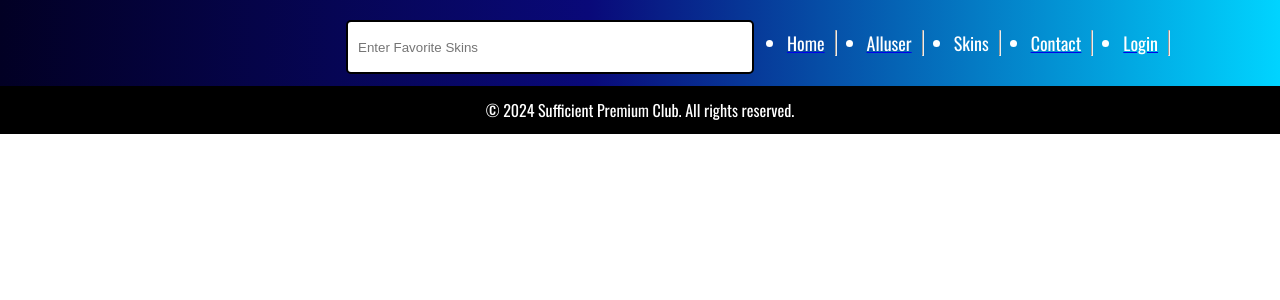
Repository: TechMukul/new
Page: /About
The author's editor kept a copy of each file at every save. The page is drawn from the files as they stood at one save, then again after the next save.
The browser window is 1280 px wide. The pictures show the whole page.
Some web fonts or font styles are not loaded; a fallback is used. The project was rebuilt for these pictures with package versions that can differ from the ones it lists, and the page was loaded fresh each time. The framework's server and built-in components were replaced by stand-ins that run in the browser. Also part of the build but not shown: next.config.mjs.

Above is the page before, as saved 2024-08-09 14:59:33.

### pages/_app.tsx
// pages/_app.tsx
import { AppProps } from 'next/app';
import Head from 'next/head'; // Import Head from next/head
import '../styles/globals.css';
import Navbar from '@/Components/Navbar';
import Footer from '@/Components/Footer';

function MyApp({ Component, pageProps }: AppProps) {
  return (
    <>
      <Head>
        <link rel="preconnect" href="https://fonts.googleapis.com" />
        <link rel="preconnect" href="https://fonts.gstatic.com"  />
        <link
          href="https://fonts.googleapis.com/css2?family=Aclonica&family=Oswald:wght@200..700&display=swap"
          rel="stylesheet"
        />
      </Head>
      <Navbar />
      <Component {...pageProps} />
      <Footer />
    </>
  );
}

export default MyApp;

### styles/globals.css
*{
  margin: 0%;
  padding: 0%;
}

body {
  font-family: 'Oswald', sans-serif; /* Apply Oswald font to the whole document */
}

h1 {
  font-family: 'Aclonica', sans-serif; /* Apply Aclonica font to all h1 elements */
}

### Components/Navbar/index.tsx
import React, { useEffect, useState } from 'react';
import style from './index.module.scss';
import Link from 'next/link';
import axios from 'axios';
import { useRouter } from 'next/router';

const Navbar = () => {
  const [isMenuOpen, setIsMenuOpen] = useState(false);
  const [coins, setCoins] = useState<number>(0);  // Fixed variable name for clarity
  const [isAuthenticated, setIsAuthenticated] = useState<boolean>(false);
  const [userRole, setUserRole] = useState<string | null>(null);
  const router = useRouter();

  const toggleMenu = () => {
    setIsMenuOpen(prevState => !prevState);
  };

  useEffect(() => {
    const token = localStorage.getItem("accessToken");
    const role = localStorage.getItem("role");
    setIsAuthenticated(!!token);
    setUserRole(role);

    const fetchCoins = async () => {
      if (token) {
        try {
          const userId = localStorage.getItem("userId");
          if (userId) {
            const response = await axios.get(
              `https://www.referback.trollsufficient.com/admin/coins/${userId}`,
              {
                headers: {
                  Authorization: `Bearer ${token}`,
                  "Content-Type": "application/json",
                },
              }
            );
            setCoins(response.data.coins);
          }
        } catch (error) {
          console.error("Error fetching coins:", error);
        }
      }
    };

    fetchCoins();
  }, [isAuthenticated]);

  const handleLogout = () => {
    localStorage.removeItem("accessToken");
    localStorage.removeItem("userName");
    localStorage.removeItem("userId");
    localStorage.removeItem("userCoins");
    localStorage.removeItem("role");
    setCoins(0);
    setIsAuthenticated(false);
    setUserRole(null);
    router.push("/");
  };

  return (
    <>
      <div className={style.hamburger} onClick={toggleMenu}>
        ☰
      </div>
      <div className={style.image}></div>
      <div className={style.search_box}>
        <input className={style.input} placeholder='Enter Favorite Skins' />
      </div>
      <ul className={`${style.caintainer} ${isMenuOpen ? style.showMenu : ''}`}>
        <li className={style.items}>
          <div className={style.name}>
            <p>
              <Link href={"/"} passHref>
                <a style={{ textDecoration: "none", color: "white" }}>Home</a>
              </Link>
            </p>
            <hr className={style.line} />
          </div>
        </li>
        <li className={style.items}>
          <div className={style.name}>
            <p>
              <Link href={"/Tree"} passHref>
                <a style={{ textDecoration: "none", color: "white" }}>Alluser</a>
              </Link>
            </p>
            <hr className={style.line} />
          </div>
        </li>
        <li className={style.items}>
          <div className={style.name}>
            <p>Skins</p>
            <hr className={style.line} />
          </div>
        </li>
        <li className={style.items}>
          <div className={style.name}>
            <p>
              <Link href={"/contact"} passHref>
                <a style={{ textDecoration: "none", color: "white" }}>Contact</a>
              </Link>
            </p>
            <hr className={style.line} />
          </div>
        </li>
        <li className={style.items}>
          <div className={style.name}>
            {!isAuthenticated ? (
              <p>
                <Link href={"/Login"} passHref>
                  <a style={{ textDecoration: "none", color: "white" }}>Login</a>
                </Link>
              </p>
            ) : (
              <button
                className={style.links}
                onClick={handleLogout}
              >
                Logout
              </button>
            )}
            <hr className={style.line} />
          </div>
        </li>
      </ul>
    </>
  );
};

export default Navbar;

### Components/Footer/index.tsx
import React from 'react';
import styles from './inde.module.scss';

const Footer = () => {
  return (
    <div className={styles.footer}>
      <div className={styles.text}>
        © 2024 Sufficient Premium Club. All rights reserved.
      </div>
      <div className={`${styles.icon} ${styles['mobile-hidden']}`}>
        {/* <img
          src='https://upload.wikimedia.org/wikipedia/commons/thumb/5/5e/WhatsApp_icon.png/598px-WhatsApp_icon.png'
          alt='WhatsApp Icon'
        /> */}
      </div>
    </div>
  );
}

export default Footer;

### Components/Navbar/index.module.scss
.caintainer {
  display: flex;
  justify-content: end;
  padding: 30px;
  color: white;
  background: rgb(2,0,36);
  background: linear-gradient(90deg, rgba(2,0,36,1) 0%, rgba(9,9,121,1) 46%, rgba(0,212,255,1) 100%);
  z-index: 40;
  gap: 30px;
}
.search_box{
    width:100%;
    // border: 1px solid white;
    position: absolute;
    // background-color: red;
    display: flex;
    justify-content: center;
    top: 20px;
    right: 90px;
    .input{
      padding: 10px;
      width: 30%;
      height: 30px;
      border: 2px solid black;
      border-radius: 5px;

    }
}
.items {
  position: relative;
  right: 80px;
  font-size: 18px;
}

.name {
  display: flex;
}

.name p {
  cursor: pointer;
}

.name p:hover {
  transform: scale(1.2);
  transition: transform 0.3s linear;
}

.line {
  margin-left:10px;
}



.hamburger {
  display: none;
  font-size: 24px;
  cursor: pointer;
  position: absolute;
  left: 20px;
  top: 20px;
  z-index: 50;
}

@media screen and (max-width: 768px) {
  .caintainer {
      display: none;
  }

  .hamburger {
      display: block;
      color: white;
  }
  .line{
      display: none;
  }
  .name {
      position: absolute;
      top: 100px;
      width: 100%;
      font-size: 30px;
  }
  .name p{
      border-bottom: 1px solid white;
      border-top: 1px solid white;
  }
  .showMenu {
      display: flex;
      flex-direction: column;
      justify-content: start;
      gap: 80px;
      align-items: center;
      top: 0px;
      height: 100vh;
      width: 70%;
      list-style-type: none;
  }
  .search_box{
    width:100%;
    position: absolute;
    display: flex;
    justify-content: center;
    top: 20px;
    right: 5px;
    .input{
      padding: 10px;
      width: 60%;
      height: 30px;
      border: 2px solid black;
      border-radius: 5px;

    }
  }
}

### Components/Footer/inde.module.scss
.footer {
    width: 100%;
    height: 3rem; /* Equivalent to h-12 in Tailwind */
    display: flex;
    justify-content: center;
    align-items: center;
    background-color: black;
    color: white;
    // position: absolute;
    bottom: 0;

    .text {
      margin: 0;
    }

    .icon {
      position: absolute;
      height: 2.5rem; /* Equivalent to h-10 in Tailwind */
      width: 3rem; /* Equivalent to w-12 in Tailwind */
      bottom: 1.75rem; /* Equivalent to bottom-7 in Tailwind */
      right: 3.5rem; /* Equivalent to right-14 in Tailwind */
      cursor: pointer;
      transition: transform 0.3s ease; /* For hover effect */

      &:hover {
        transform: scale(1.10);
      }

      &.mobile-hidden {
        @media (max-width: 768px) {
          display: none; /* Hide on mobile screens */
        }
      }
    }
  }

Loaded but not shown: pages/About/index.tsx (common file)

After the next save:
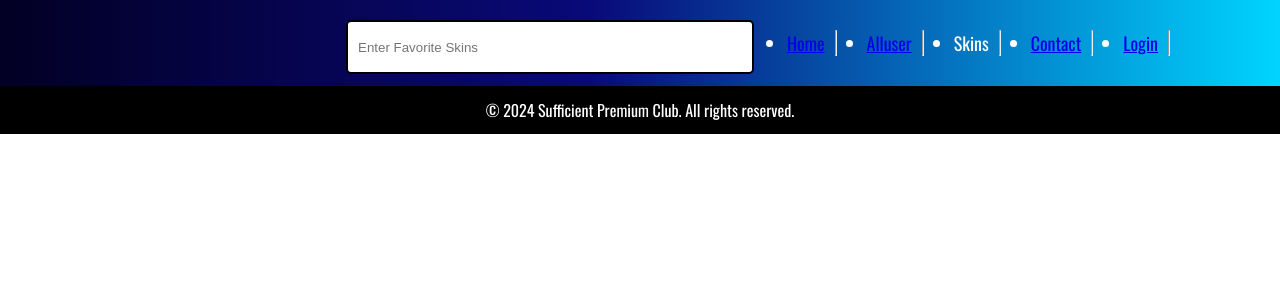
Saved 79 s later.
--- a/Components/Navbar/index.tsx
+++ b/Components/Navbar/index.tsx
@@ -70,21 +70,17 @@ const Navbar = () => {
       <ul className={`${style.caintainer} ${isMenuOpen ? style.showMenu : ''}`}>
         <li className={style.items}>
           <div className={style.name}>
-            <p>
-              <Link href={"/"} passHref>
-                <a style={{ textDecoration: "none", color: "white" }}>Home</a>
-              </Link>
-            </p>
+            <Link href="/">
+              <p>Home</p>
+            </Link>
             <hr className={style.line} />
           </div>
         </li>
         <li className={style.items}>
           <div className={style.name}>
-            <p>
-              <Link href={"/Tree"} passHref>
-                <a style={{ textDecoration: "none", color: "white" }}>Alluser</a>
-              </Link>
-            </p>
+            <Link href="/Tree">
+              <p>Alluser</p>
+            </Link>
             <hr className={style.line} />
           </div>
         </li>
@@ -96,22 +92,18 @@ const Navbar = () => {
         </li>
         <li className={style.items}>
           <div className={style.name}>
-            <p>
-              <Link href={"/contact"} passHref>
-                <a style={{ textDecoration: "none", color: "white" }}>Contact</a>
-              </Link>
-            </p>
+            <Link href="/contact">
+              <p>Contact</p>
+            </Link>
             <hr className={style.line} />
           </div>
         </li>
         <li className={style.items}>
           <div className={style.name}>
             {!isAuthenticated ? (
-              <p>
-                <Link href={"/Login"} passHref>
-                  <a style={{ textDecoration: "none", color: "white" }}>Login</a>
-                </Link>
-              </p>
+              <Link href="/Login">
+                <p>Login</p>
+              </Link>
             ) : (
               <button
                 className={style.links}
